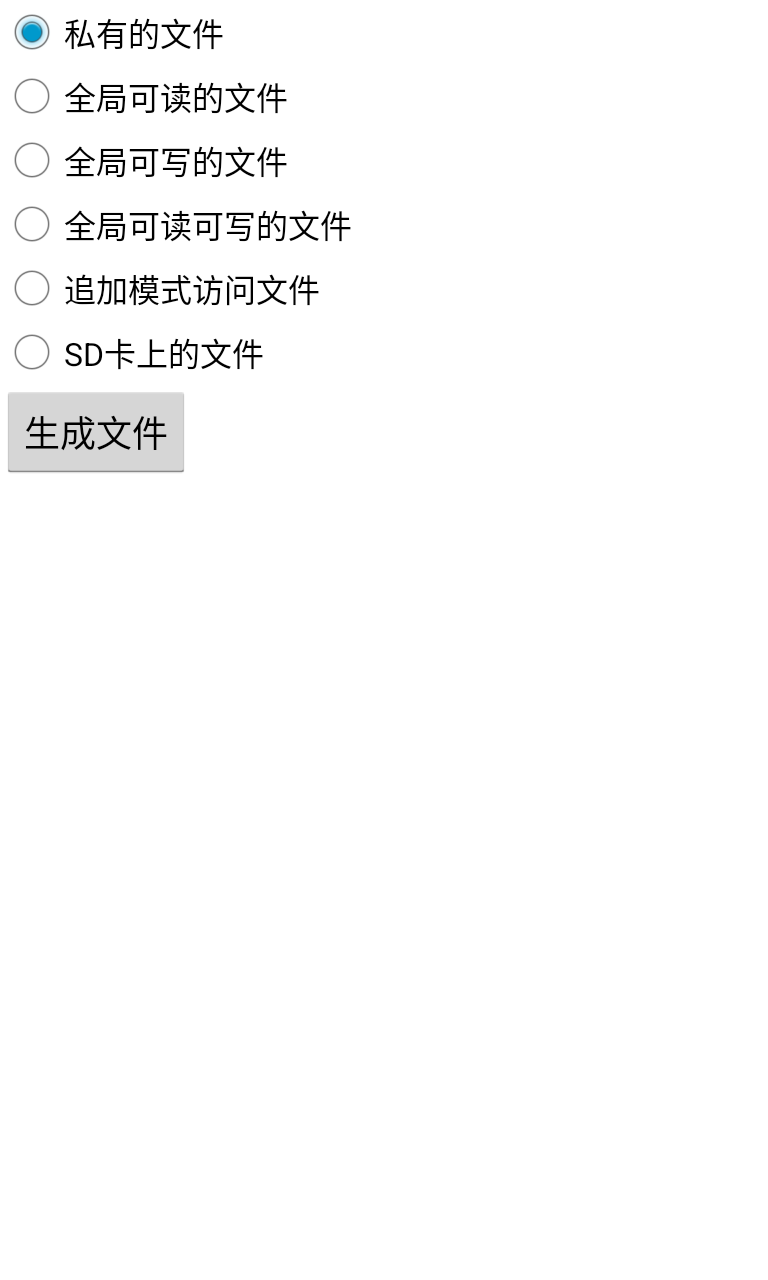
Repository: qq839924354/day01
Layout: day02/code/TestMode/res/layout/activity_main.xml
An editor plug-in stored every save of this project. The layout is shown before and after the next save, followed by the edit.
It is drawn on a 768 x 1280 px phone screen (xhdpi) without system bars, with theme AppTheme; the app's code is not run.

Above is the layout before, as saved 2013-03-01 08:48:35.

After the next save:
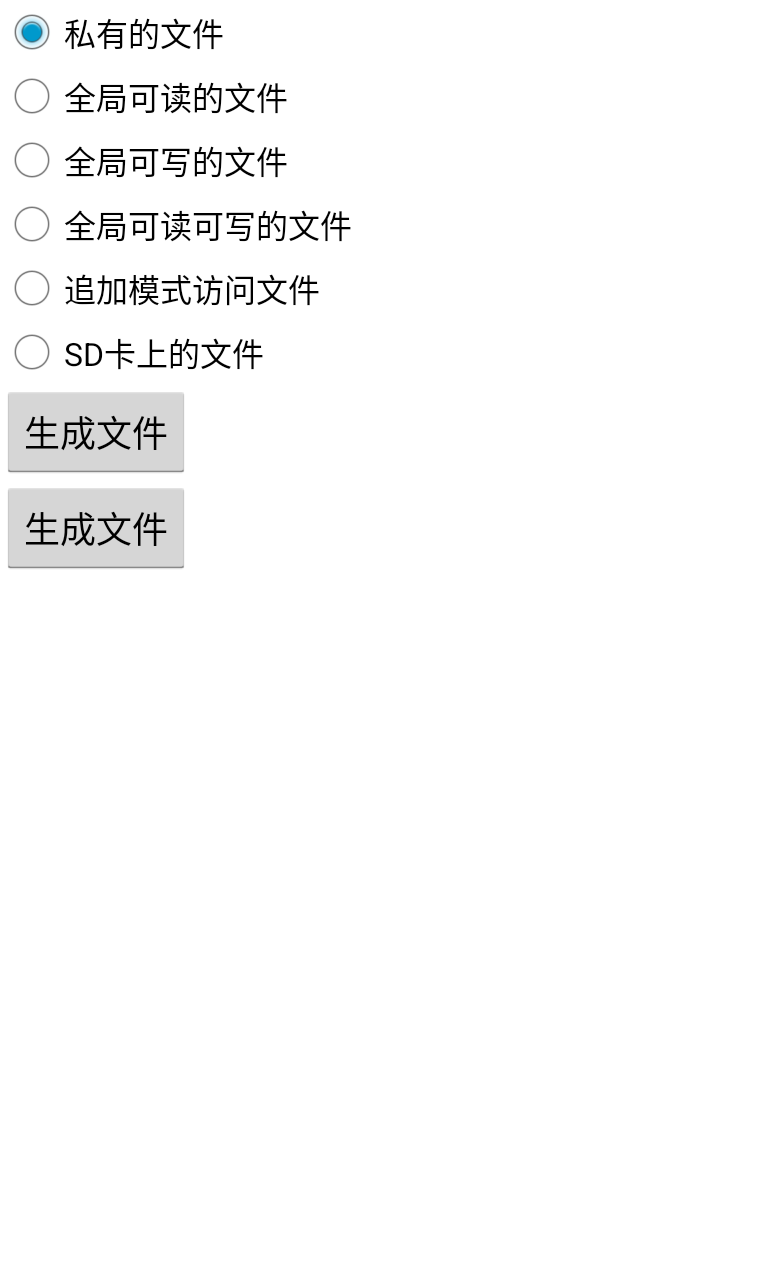
Saved 67 s later.
--- a/day02/code/TestMode/res/layout/activity_main.xml
+++ b/day02/code/TestMode/res/layout/activity_main.xml
@@ -54,5 +54,9 @@
         android:layout_width="wrap_content"
         android:layout_height="wrap_content"
         android:text="生成文件" />
-
+        <Button
+		android:onClick="writeappend"
+        android:layout_width="wrap_content"
+        android:layout_height="wrap_content"
+        android:text="生成文件" />
 </LinearLayout>
